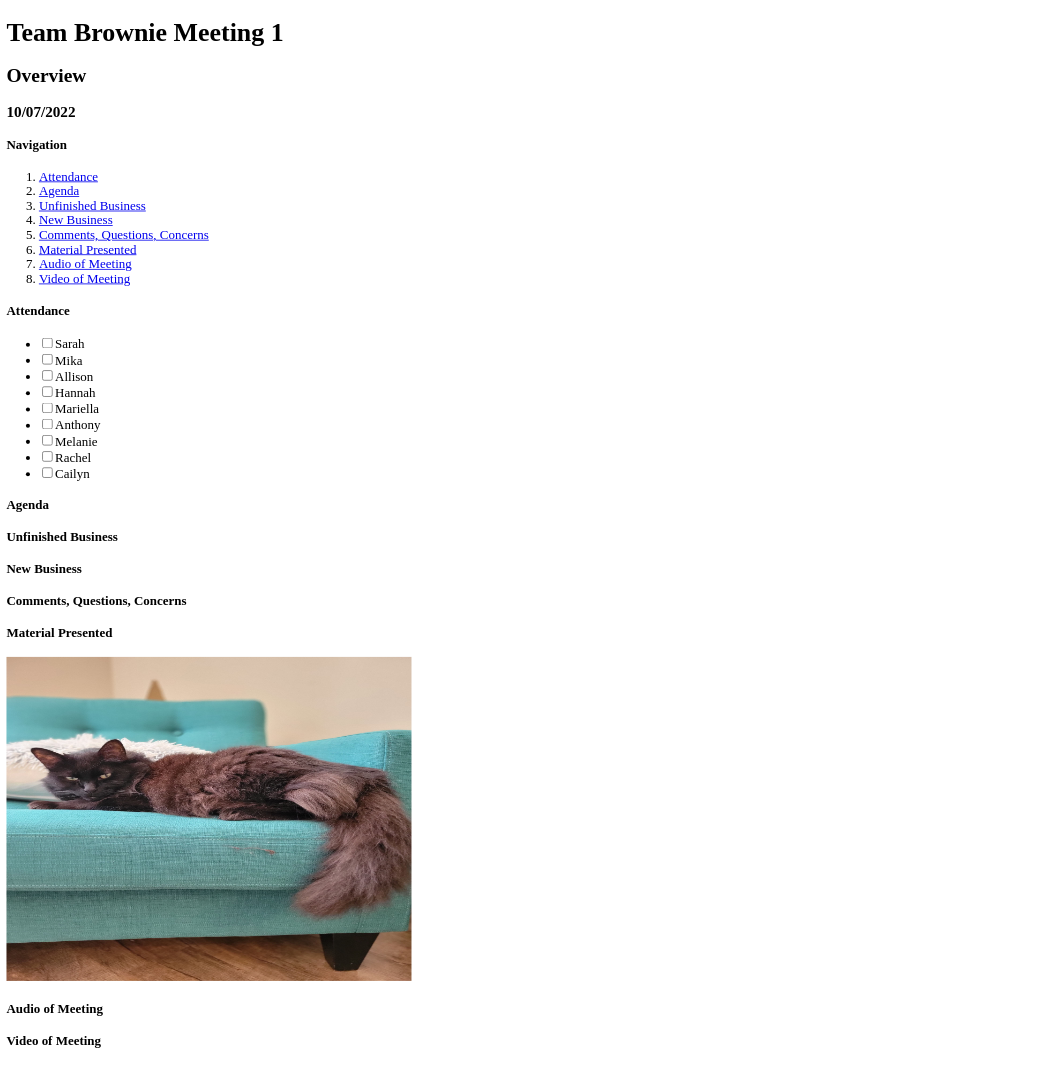
Repository: sarahtthomson/fa22-cse110-lab3
Page: index.html
The author's editor kept a copy of each file at every save. The page is drawn from the files as they stood at one save, then again after the next save.
The browser window is 1280 px wide. The pictures show the whole page, at 81% of full size.

Above is the page before, as saved 2022-10-07 17:43:11.

After the next save:
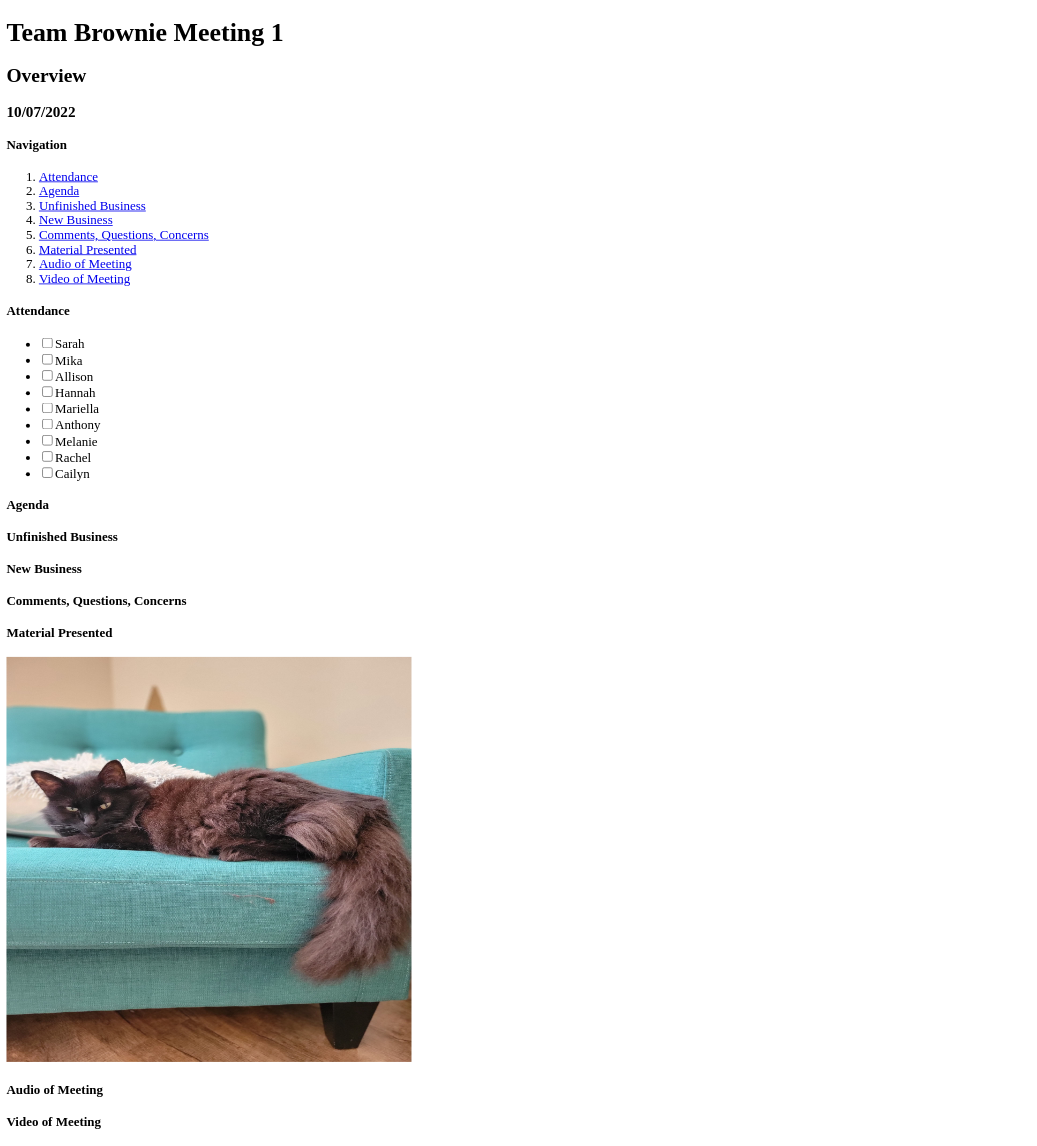
Saved 8 s later.
--- a/index.html
+++ b/index.html
@@ -55,7 +55,7 @@
             </div>
             <div class="Material" id="Material">
                 <h4>Material Presented</h4>
-                <img height="400" width="500" src="cat.jpg">
+                <img height="500" width="500" src="cat.jpg">
             </div>
             <div class="Audio" id="Audio">
                 <h4>Audio of Meeting</h4>
